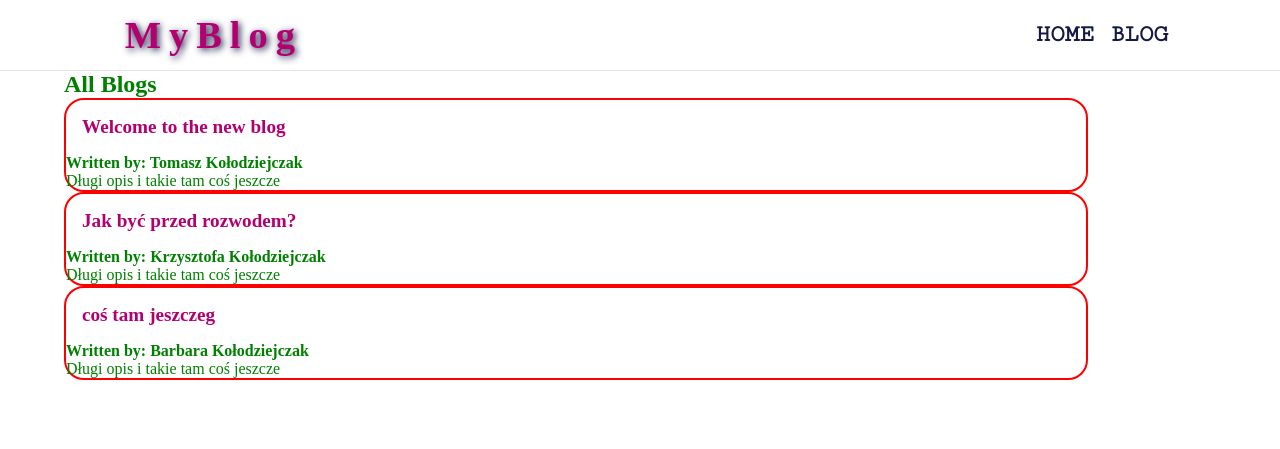
Repository: KrzysKolo/myBlog
Page: /
These files come from the project's save history. The page is drawn as it stood at one moment and after the next save; the edit follows.
The browser window is 1280 px wide. The pictures show the whole page.
Some web fonts or font styles are not loaded; a fallback is used. The project was rebuilt for these pictures with package versions that can differ from the ones it lists, and the page was loaded fresh each time. Requests to the local data server were answered from the project's data file. Also part of the build but not shown: src/pages/Blog/Blog.css, src/pages/Blog/Blog.js, src/pages/BlogNote/BlogNote.css, src/pages/BlogNote/BlogNote.js.

Above is the page before, as saved 2021-04-27 10:38:53.

### src/App.js
import React from 'react';
import { BrowserRouter as Router, Switch, Route } from 'react-router-dom';
import { Home, Blog, BlogNote } from './pages';
import { Header } from './components';

import './App.css';

const App = () => {
  return (
    <Router>
      <main className="App">
        <Header />
        <Switch>
          <Route path="/" exact component={Home} />
          <Route path="/blog" exact component={Blog} />
          <Route path="/note/:id" exact component={BlogNote} />
        </Switch>
      </main>
    </Router>
  )
}

export default App;

### src/pages/index.js
export { default as Home } from './Home/Home';
export { default as Blog } from './Blog/Blog';
export { default as BlogNote } from './BlogNote/BlogNote';

### src/components/index.js
export { default as Header } from './Header/Header';
export { default as Navigation } from './Navigation/Navigation';

### src/App.css
* {
  box-sizing: border-box;
  margin: 0;
  padding: 0;
}
.wrapper {
  width: 90vw;
  margin: 0 auto;
  display: flex;
  flex-direction: row;
  justify-content: space-between;
  align-items: center;
}

### src/pages/Home/Home.js
import React, {useState, useEffect} from 'react';
import BlogList from '../../components/BlogList/BlogList';
import './Home.css';

const Home = () => {
	const[blogs, setBlogs] = useState(null);

	const blog = 'http://localhost:4000/posts';

	useEffect(() => {
		fetch(blog)
		.then(res =>{
			return res.json()
		})
		.then(data => {
			console.log(data);
			setBlogs(data);
		})
	}, []);

	return (
      <main className="Home">
        <section className="wrapper">
     			{blogs && <BlogList blogs={blogs} title="All Blogs"  /> }
        </section>
      </main>
    )
}

export default Home

### src/components/Header/Header.js
import React from 'react';
import Navigation from '../Navigation/Navigation';
import './Header.css';

const Header = () => {
    return (
        <header >
          <section className="wrapper" >
            <Navigation />
          </section>
        </header>
    )
}

export default Header;

### src/components/Navigation/Navigation.js
import React from 'react';
import { Link } from 'react-router-dom';
import dataMenu from './dataMenu';

import './Navigation.css';

const Navigation = () => {
    const menu = dataMenu.map(item => <Link key={item.path} to={item.path} exact={item.exact ? item.exact : false} className="link">{item.name}</Link>)
    return (
        <nav>
        	<h1>MyBlog</h1>
          <ul>
            {menu}
          </ul>
        </nav>
    )
}

export default Navigation;

### src/components/BlogList/BlogList.js
import React from 'react';
import './BlogList.css';

const BlogList = ({ blogs, title}) => {
    const blogItem = blogs.map(blog => (
        <div className="blog-preview" key={blog.id}>
            <h3>{blog.title}</h3>
            <h4>Written by: {blog.author}</h4>
            <p>{blog.body}</p>

        </div>
    ));
    return (
        <div>
            <h2>{title}</h2>
            {blogItem}
        </div>
    )
}

export default BlogList;

### src/pages/Home/Home.css
.Home {
  color: green;
}

### src/components/Header/Header.css
header {
  border-bottom: 1px solid #e5e5e5;
}

### src/components/Navigation/dataMenu.js
const dataMenu=[
    { name: 'Home', path: "/", exact: true },
    { name: 'Blog', path: "/blog"},
/*     { name: 'NoteBlog', path: "/contact"},
    { name: 'Posts', path: "/posts" }, */
];
export default dataMenu;

### src/components/Navigation/Navigation.css
@import url("https://fonts.googleapis.com/css2?family=Barrio&family=Cutive+Mono&family=Meddon&family=Princess+Sofia&family=Snowburst+One&display=swap");

/* font-family: 'Barrio', cursive;
font-family: 'Cutive Mono', monospace;
font-family: 'Meddon', cursive;
font-family: 'Princess Sofia', cursive;
font-family: 'Snowburst One', cursive; */

nav {
  display: flex;
  flex-direction: row;
  justify-content: space-between;
  align-items: center;
  width: 100%;
}

nav h1 {
  color: #b30070;
  font-family: "Princess Sofia", cursive;
  font-size: 2.4rem;
  letter-spacing: 8px;
  margin-left: 3rem;
  padding: 0.8rem;
  text-shadow: 2px 2px 7px #151a44;
}

nav ul {
  font-family: "Cutive Mono", monospace;
  font-size: 1.5rem;
  text-transform: uppercase;
  margin-right: 3rem;
}
.link {
  font-weight: 600;
  margin-left: 1rem;
  text-decoration: none;
  color: #151a44;
  transition: all 0.3s ease-in-out;
}
.link:hover {
  color: #b30070;
}

### src/components/BlogList/BlogList.css
.blog-preview {
  border: 2px solid red;
  border-radius: 20px;
  width: 80vw;
}
.blog-preview h3 {
  font-size: 1.2rem;
  color: #b30070;
  padding: 1rem;
}

### db.json
{
  "posts": [
    {
      "id": 1,
      "title": "Welcome to the new blog",
      "body": "Długi opis i takie tam coś jeszcze",
      "author": "Tomasz Kołodziejczak",
      "likes": 30
    },
    {
      "id": 2,
      "title": "Jak być przed rozwodem?",
      "body": "Długi opis i takie tam coś jeszcze",
      "author": "Krzysztofa Kołodziejczak",
      "likes": 30
    },
    {
      "id": 3,
      "title": "coś tam jeszczeg",
      "body": "Długi opis i takie tam coś jeszcze",
      "author": "Barbara Kołodziejczak",
      "likes": 5
    }
  ]
}

Loaded but not shown: public/index.html (common file); src/index.js (common file)

After the next save:
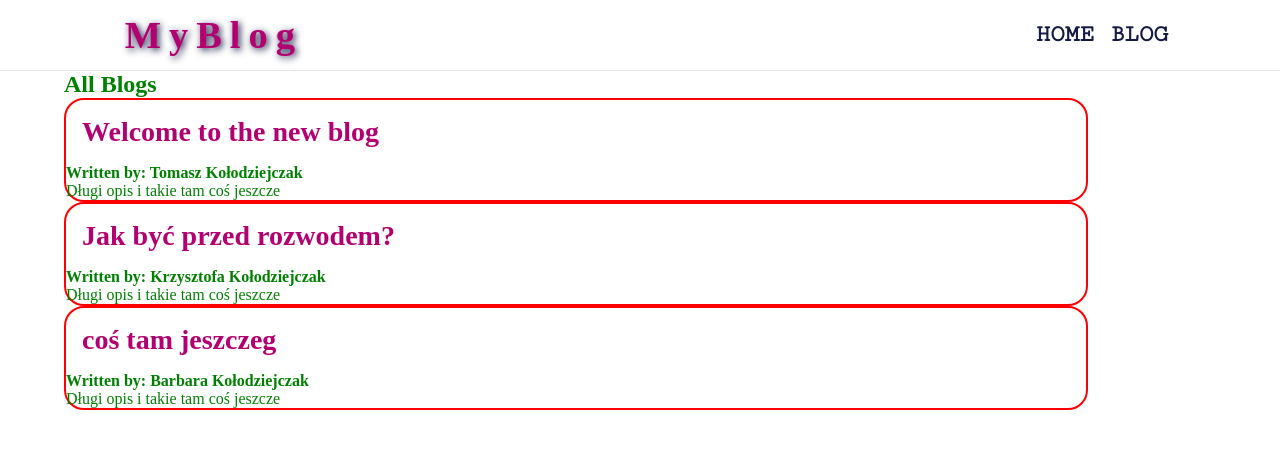
Saved 20 s later.
--- a/src/components/BlogList/BlogList.css
+++ b/src/components/BlogList/BlogList.css
@@ -4,7 +4,7 @@
   width: 80vw;
 }
 .blog-preview h3 {
-  font-size: 1.2rem;
+  font-size: 1.75rem;
   color: #b30070;
   padding: 1rem;
 }
